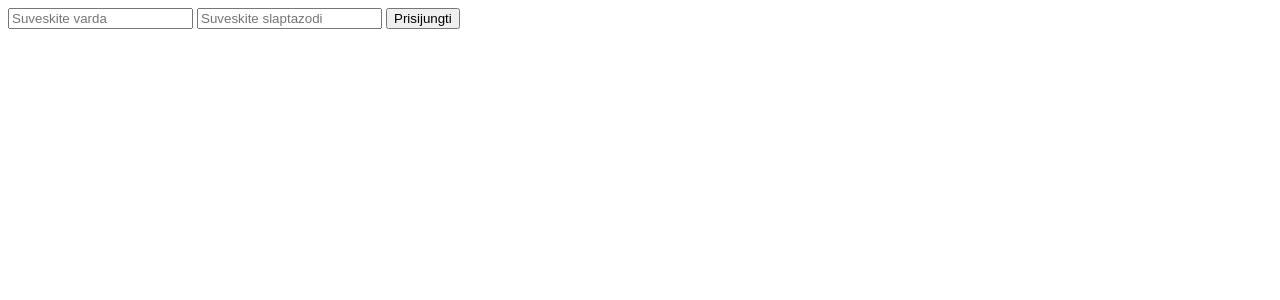
Repository: motiejus1/06-paskaita-PHP-05.31
Page: http://localhost/
An editor plug-in stored every save of this project. The page is shown before and after a run of saves, followed by the edit.
The browser window is 1280 px wide. The pictures show the whole page.
The page is run by PHP 8.4 with error messages shown; the project is at /var/www/html/.

Above is the page before, as saved 2021-07-29 19:52:11.

After the next 2 saves:
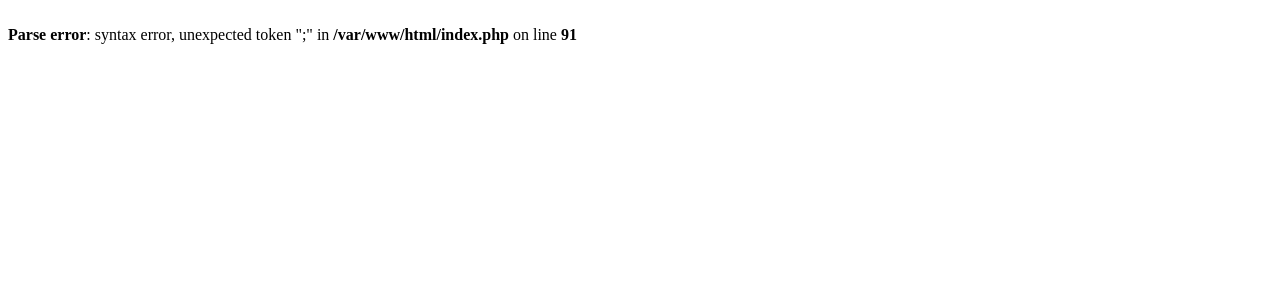
The 2 saves are shown as one change because they came seconds apart.
The last was saved 13 s later.
--- a/index.php
+++ b/index.php
@@ -88,7 +88,7 @@
                 echo $elementas["teises"];
                 echo "<br>";
 
-                if($vardas == $elementas["vardas"] && $slaptazodis == "admin") {
+                if($vardas == $elementas["vardas"] && $slaptazodis == $elementas["slaptazodis"];) {
                     header("Location: manopaskyra.php");
                 } else {
                     header("Location: 404.php");

After the save that followed:
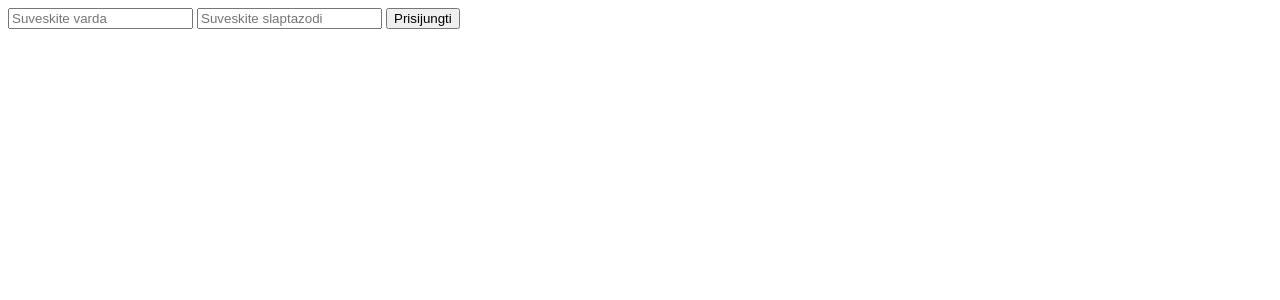
Saved 5 s later.
--- a/index.php
+++ b/index.php
@@ -88,7 +88,7 @@
                 echo $elementas["teises"];
                 echo "<br>";
 
-                if($vardas == $elementas["vardas"] && $slaptazodis == $elementas["slaptazodis"];) {
+                if($vardas == $elementas["vardas"] && $slaptazodis == $elementas["slaptazodis"]) {
                     header("Location: manopaskyra.php");
                 } else {
                     header("Location: 404.php");
